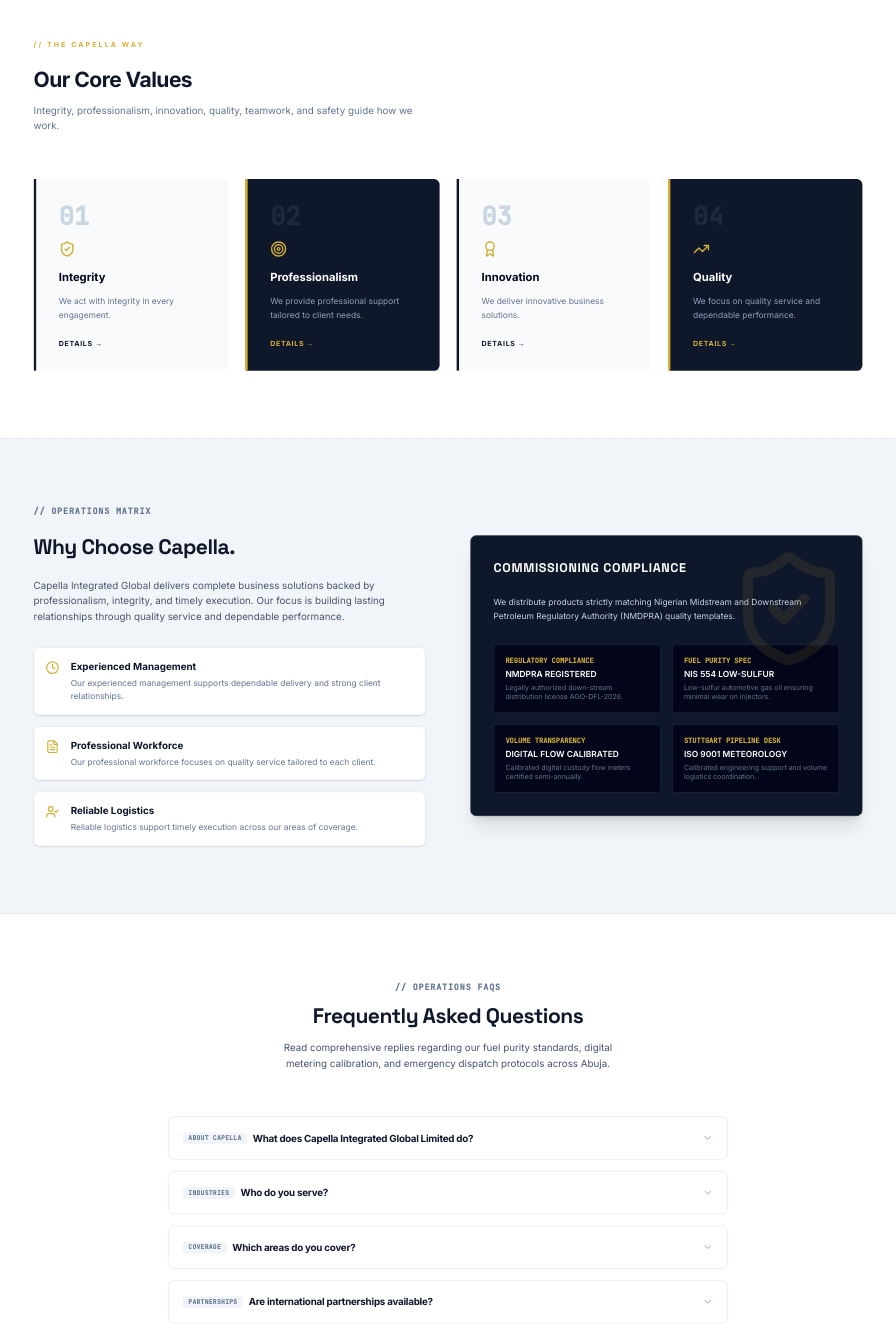
Repository: Jessic-asomugha/primo
Page: /, after clicking the first element matching `#nav-about`
These files come from the project's save history. The page is drawn as it stood at one moment and after the next save; the edit follows.
The browser window is 1280 px wide. The pictures show the part of the page from y = 554 to 2474 px (the page is 3248 px tall), at 70% of full size.
The project was rebuilt for these pictures with package versions that can differ from the ones it lists, and the page was loaded fresh each time. Also part of the build but not shown: vite.config.ts, src/components/ServicesView.tsx, src/components/ContactView.tsx, src/components/EnquiryView.tsx.

Above is the page before, as saved 2026-07-31 12:00:04.

### index.html
<!doctype html>
<html lang="en">
  <head>
    <meta charset="UTF-8" />
    <meta name="viewport" content="width=device-width, initial-scale=1.0" />
    <meta name="description" content="Capella Integrated Global Limited provides integrated business solutions in Nigeria." />
    <title>Capella Integrated Global Limited | Integrated Solutions. Trusted Results.</title>
  </head>
  <body>
    <div id="root"></div>
    <script type="module" src="/src/main.tsx"></script>
  </body>
</html>

### src/main.tsx
import {StrictMode} from 'react';
import {createRoot} from 'react-dom/client';
import App from './App.tsx';
import './index.css';

createRoot(document.getElementById('root')!).render(
  <StrictMode>
    <App />
  </StrictMode>,
);

### src/index.css
@import url('https://fonts.googleapis.com/css2?family=Inter:wght@400;500;600;700&family=Space+Grotesk:wght@500;600;700&family=JetBrains+Mono:wght@400;500&display=swap');
@import "tailwindcss";

@theme {
  --font-sans: "Inter", ui-sans-serif, system-ui, sans-serif;
  --font-display: "Space Grotesk", sans-serif;
  --font-mono: "JetBrains Mono", ui-monospace, SFMono-Regular, monospace;

  /* Custom Corporate Industrial Theme - Professional Polish Theme */
  --color-brand-900: #0f172a; /* slate-900 */
  --color-brand-850: #1e293b; /* slate-800 */
  --color-brand-800: #1e293b;
  --color-brand-700: #334155; /* slate-700 */
  --color-brand-600: #475569; /* slate-600 */
  --color-brand-100: #f1f5f9; /* slate-100 */
  --color-brand-50: #f8fafc;  /* slate-50 */
  --color-brand-orange: #D4AF37;
  --color-brand-orange-hover: #B8962E;
}

/* Custom CSS Scrollbar and styling */
html {
  scroll-behavior: smooth;
  font-family: var(--font-sans);
}

body {
  background-color: #fafafa;
  color: #1e293b;
  overflow-x: hidden;
}

/* Custom fade-in and utility styles */
.text-display {
  font-family: var(--font-display);
}

.text-mono {
  font-family: var(--font-mono);
}

.industrial-pattern {
  background-image: repeating-linear-gradient(45deg, rgba(51, 65, 85, 0.15) 0, rgba(51, 65, 85, 0.15) 1px, transparent 0, transparent 50%);
  background-size: 40px 40px;
}

.industrial-pattern-dark {
  background-image: repeating-linear-gradient(45deg, rgba(51, 65, 85, 0.4) 0, rgba(51, 65, 85, 0.4) 1px, transparent 0, transparent 50%);
  background-size: 40px 40px;
}

### src/types.ts
/**
 * @license
 * SPDX-License-Identifier: Apache-2.0
 */

export enum ActiveView {
  HOME = 'home',
  ABOUT = 'about',
  SERVICES = 'services',
  CONTACT = 'contact',
  ENQUIRY = 'enquiry',
  ADMIN_INBOX = 'admin_inbox'
}

export interface ContactSubmission {
  id: string;
  name: string;
  email: string;
  company: string;
  phone: string;
  serviceInterest: string;
  message: string;
  createdAt: string;
  status: 'unread' | 'contacted' | 'resolved';
}

export interface Service {
  id: string;
  title: string;
  slug: string;
  category: string;
  shortDescription: string;
  fullDescription: string;
  specifications: string[];
  features: string[];
  iconName: string;
}

export interface Testimonial {
  id: string;
  quote: string;
  author: string;
  role: string;
  company: string;
  rating: number;
}

export interface FAQItem {
  id: string;
  question: string;
  answer: string;
  category: string;
}

export interface ValueItem {
  id: string;
  title: string;
  description: string;
  iconName: string;
}

export interface SectorItem {
  id: string;
  title: string;
  description: string;
  marketShare: string;
  iconName: string;
  fullDescription?: string;
  image?: string;
}

### src/components/AboutView.tsx
/**
 * @license
 * SPDX-License-Identifier: Apache-2.0
 */

import React, { useState } from 'react';
import { ActiveView } from '../types';
import { VALUES, FAQS } from '../data';
import {
  ShieldCheck,
  Target,
  Award,
  ChevronDown,
  ChevronUp,
  Clock,
  FileText,
  ArrowRight,
  UserCheck,
  TrendingUp,
  Activity,
  Droplet
} from 'lucide-react';

interface AboutViewProps {
  setView: (view: ActiveView) => void;
}

export default function AboutView({ setView }: AboutViewProps) {
  // State for toggling FAQ accordions
  const [openFaqId, setOpenFaqId] = useState<string | null>(null);

  const toggleFaq = (id: string) => {
    if (openFaqId === id) {
      setOpenFaqId(null);
    } else {
      setOpenFaqId(id);
    }
  };

  const renderValueIcon = (iconName: string) => {
    switch (iconName) {
      case 'ShieldCheck': return <ShieldCheck className="h-6 w-6 text-brand-orange" />;
      case 'Target': return <Target className="h-6 w-6 text-brand-orange" />;
      case 'Award': return <Award className="h-6 w-6 text-brand-orange" />;
      case 'TrendingUp': return <TrendingUp className="h-6 w-6 text-brand-orange" />;
      default: return <Droplet className="h-6 w-6 text-brand-orange" />;
    }
  };

  return (
    <div className="flex flex-col min-h-screen bg-slate-50">

      {/* 1. INTRO HEADER */}
      <section className="relative bg-slate-900 text-white py-20 border-b border-slate-800 overflow-hidden">
        {/* repeating diagonal grid pattern */}
        <div className="absolute inset-0 bg-[linear-gradient(to_right,#1e293b_1px,transparent_1px),linear-gradient(to_bottom,#1e293b_1px,transparent_1px)] bg-[size:24px_24px] opacity-20 z-0" />
        <div className="relative z-10 mx-auto max-w-7xl px-6 sm:px-8 lg:px-12">
          <div className="max-w-3xl flex flex-col justify-center">
            {/* Orange bar highlight */}
            <div className="w-12 h-1 bg-brand-orange mb-6"></div>

            <span className="text-[10px] font-bold uppercase tracking-[0.3em] text-brand-orange mb-2 block">
              Corporate Background
            </span>
            <h1 className="text-display text-4xl sm:text-5xl font-extrabold tracking-tight text-white leading-[1.1] mb-6">
              Integrated Solutions, <br />
              <span className="text-slate-400">Trusted Results.</span>
            </h1>
            <p className="text-slate-400 text-sm leading-relaxed max-w-2xl font-light">
              Capella Integrated Global Limited is a diversified Nigerian company providing integrated business solutions across oil and gas, procurement, logistics, engineering, construction support, and general contracting. We deliver innovative, efficient, and cost-effective solutions tailored to corporate organisations, government institutions, and private businesses.
            </p>
          </div>
        </div>
      </section>


      {/* 2. CORE VALUES */}
      <section className="py-24 bg-white">
        <div className="mx-auto max-w-7xl px-6 sm:px-8 lg:px-12">

          <div className="flex flex-col gap-4 mb-16 max-w-xl">
            <h2 className="text-[10px] font-bold uppercase tracking-[0.3em] text-brand-orange mb-2">// THE CAPELLA WAY</h2>
            <h3 className="text-3xl font-extrabold text-slate-900 tracking-tight">
              Our Core Values
            </h3>
            <p className="text-slate-500 text-sm leading-relaxed font-light">
              Integrity, professionalism, innovation, quality, teamwork, and safety guide how we work.
            </p>
          </div>

          <div className="grid grid-cols-1 md:grid-cols-4 gap-6">
            {VALUES.map((val, index) => {
              const borderCol = index % 2 === 0 ? 'border-slate-900' : 'border-brand-orange';
              const bgCol = index % 2 === 0 ? 'bg-slate-50' : 'bg-slate-900 text-white';
              const numColor = index % 2 === 0 ? 'text-slate-300' : 'text-slate-800';
              const descColor = index % 2 === 0 ? 'text-slate-500' : 'text-slate-400';
              const titleColor = index % 2 === 0 ? 'text-slate-950' : 'text-white';

              return (
                <div key={val.id} className={`group ${bgCol} p-8 border-l-4 ${borderCol} flex flex-col justify-between hover:shadow-lg transition-all duration-300 rounded-r-lg`}>
                  <div>
                    <div className={`${numColor} font-bold text-4xl mb-4 font-mono`}>0{index + 1}</div>
                    <div className="mb-4">{renderValueIcon(val.iconName)}</div>
                    <h4 className={`text-base font-bold mb-3 ${titleColor}`}>{val.title}</h4>
                    <p className={`${descColor} text-xs leading-relaxed mb-6 font-light`}>{val.description}</p>
                  </div>
                  <div className={`flex items-center ${index % 2 === 0 ? 'text-slate-900' : 'text-brand-orange'} font-bold text-[10px] uppercase tracking-widest cursor-pointer hover:translate-x-1 transition-transform`}>
                    Details &rarr;
                  </div>
                </div>
              );
            })}
          </div>

        </div>
      </section>


      {/* 3. WHY CHOOSE US - CORPORATE HIGHLIGHTS */}
      <section className="py-24 bg-slate-100 border-y border-slate-200">
        <div className="mx-auto max-w-7xl px-6 sm:px-8 lg:px-12">

          <div className="grid grid-cols-1 lg:grid-cols-2 gap-12 lg:gap-16 items-center">

            <div className="flex flex-col gap-6">
              <span className="text-xs font-mono uppercase tracking-widest text-slate-500 font-bold">// OPERATIONS MATRIX</span>
              <h2 className="text-display text-3xl font-bold tracking-tight text-slate-900 leading-tight">
                Why Choose Capella.
              </h2>
              <p className="text-slate-600 text-sm leading-relaxed">
                Capella Integrated Global delivers complete business solutions backed by professionalism, integrity, and timely execution. Our focus is building lasting relationships through quality service and dependable performance.
              </p>

              <div className="space-y-4 mt-2">
                {[
                  {
                    icon: <Clock className="h-5 w-5 text-brand-orange shrink-0 mt-0.5" />,
                    title: 'Experienced Management',
                    desc: 'Our experienced management supports dependable delivery and strong client relationships.'
                  },
                  {
                    icon: <FileText className="h-5 w-5 text-brand-orange shrink-0 mt-0.5" />,
                    title: 'Professional Workforce',
                    desc: 'Our professional workforce focuses on quality service tailored to each client.'
                  },
                  {
                    icon: <UserCheck className="h-5 w-5 text-brand-orange shrink-0 mt-0.5" />,
                    title: 'Reliable Logistics',
                    desc: 'Reliable logistics support timely execution across our areas of coverage.'
                  }
                ].map((highlight, index) => (
                  <div key={index} className="flex gap-4 p-4 rounded-lg bg-white border border-slate-200/60 shadow-sm">
                    {highlight.icon}
                    <div>
                      <h4 className="text-sm font-bold text-slate-900">{highlight.title}</h4>
                      <p className="text-xs text-slate-500 mt-1 leading-relaxed">{highlight.desc}</p>
                    </div>
                  </div>
                ))}
              </div>
            </div>

            <div className="flex flex-col gap-6 bg-slate-900 text-white p-8 rounded-lg border border-slate-800 shadow-xl relative overflow-hidden">
              <div className="absolute top-0 right-0 p-4 opacity-10">
                <ShieldCheck className="h-44 w-44 text-brand-orange" />
              </div>

              <h3 className="text-display text-lg font-bold tracking-tight text-white uppercase tracking-wider">
                COMMISSIONING COMPLIANCE
              </h3>
              <p className="text-slate-300 text-xs leading-relaxed">
                We distribute products strictly matching Nigerian Midstream and Downstream Petroleum Regulatory Authority (NMDPRA) quality templates.
              </p>

              <div className="grid grid-cols-2 gap-4 mt-2 text-xs">
                <div className="p-4 rounded bg-slate-950 border border-slate-800">
                  <span className="text-[10px] text-brand-orange font-mono font-bold block mb-1">REGULATORY COMPLIANCE</span>
                  <span className="font-semibold text-white block">NMDPRA REGISTERED</span>
                  <p className="text-[10px] text-slate-500 mt-1">Legally authorized down-stream distribution license AGO-DFL-2026.</p>
                </div>
                <div className="p-4 rounded bg-slate-950 border border-slate-800">
                  <span className="text-[10px] text-brand-orange font-mono font-bold block mb-1">FUEL PURITY SPEC</span>
                  <span className="font-semibold text-white block">NIS 554 LOW-SULFUR</span>
                  <p className="text-[10px] text-slate-500 mt-1">Low-sulfur automotive gas oil ensuring minimal wear on injectors.</p>
                </div>
                <div className="p-4 rounded bg-slate-950 border border-slate-800">
                  <span className="text-[10px] text-brand-orange font-mono font-bold block mb-1">VOLUME TRANSPARENCY</span>
                  <span className="font-semibold text-white block">DIGITAL FLOW CALIBRATED</span>
                  <p className="text-[10px] text-slate-500 mt-1">Calibrated digital custody flow meters certified semi-annually.</p>
                </div>
                <div className="p-4 rounded bg-slate-950 border border-slate-800">
                  <span className="text-[10px] text-brand-orange font-mono font-bold block mb-1">STUTTGART PIPELINE DESK</span>
                  <span className="font-semibold text-white block">ISO 9001 METEOROLOGY</span>
                  <p className="text-[10px] text-slate-500 mt-1">Calibrated engineering support and volume logistics coordination.</p>
                </div>
              </div>
            </div>

          </div>
        </div>
      </section>


      {/* 4. FAQ ACCORDIONS (Interactive Accordions) */}
      <section className="py-24 bg-white">
        <div className="mx-auto max-w-4xl px-6 sm:px-8 lg:px-12">

          <div className="text-center flex flex-col gap-4 mb-16">
            <span className="text-xs font-mono uppercase tracking-widest text-slate-500 font-bold">// OPERATIONS FAQS</span>
            <h2 className="text-display text-3xl font-extrabold tracking-tight text-slate-900">
              Frequently Asked Questions
            </h2>
            <p className="text-slate-600 text-sm leading-relaxed max-w-lg mx-auto">
              Read comprehensive replies regarding our fuel purity standards, digital metering calibration, and emergency dispatch protocols across Abuja.
            </p>
          </div>

          <div className="flex flex-col gap-4">
            {FAQS.map((faq) => {
              const isOpen = openFaqId === faq.id;
              return (
                <div
                  key={faq.id}
                  className={`border rounded-lg transition-all ${
                    isOpen
                      ? 'border-brand-orange bg-slate-50/50'
                      : 'border-slate-200 hover:border-slate-300 bg-white'
                  }`}
                >
                  <button
                    onClick={() => toggleFaq(faq.id)}
                    className="w-full flex items-center justify-between p-5 text-left focus:outline-none focus:ring-1 focus:ring-brand-orange rounded-lg"
                    aria-expanded={isOpen}
                    id={`btn-faq-toggle-${faq.id}`}
                  >
                    <div className="flex flex-col sm:flex-row sm:items-center gap-2">
                      <span className="text-[9px] uppercase tracking-wider bg-slate-100 text-slate-500 font-mono font-bold px-2 py-0.5 rounded w-max">
                        {faq.category}
                      </span>
                      <span className="text-sm font-bold text-slate-900 tracking-tight">
                        {faq.question}
                      </span>
                    </div>
                    {isOpen ? (
                      <ChevronUp className="h-4 w-4 text-brand-orange shrink-0 ml-4" />
                    ) : (
                      <ChevronDown className="h-4 w-4 text-slate-400 shrink-0 ml-4" />
                    )}
                  </button>

                  {isOpen && (
                    <div className="px-5 pb-5 pt-1 text-xs text-slate-600 leading-relaxed border-t border-slate-100 mt-1">
                      {faq.answer}
                    </div>
                  )}
                </div>
              );
            })}
          </div>

        </div>
      </section>


      {/* 5. CTA */}
      <section className="bg-slate-900 text-white py-16 border-t border-slate-800">
        <div className="mx-auto max-w-4xl px-6 sm:px-8 lg:px-12 text-center flex flex-col items-center gap-5">
          <h2 className="text-display text-2xl sm:text-3xl font-bold tracking-tight">
            Consult with our Fuel Logistics Desk.
          </h2>
          <p className="text-slate-300 max-w-xl text-xs leading-relaxed">
            Need to negotiate fixed monthly bulk fuel contracts, set up automatic tank level monitors, or arrange emergency stand-by dispatches? Speak directly with our sales director.
          </p>
          <button
            onClick={() => setView(ActiveView.CONTACT)}
            className="group flex items-center gap-2 rounded bg-brand-orange hover:bg-brand-orange-hover px-6 py-3 text-sm font-semibold text-slate-950 transition-all hover:shadow-lg mt-2 font-bold cursor-pointer"
            id="about-btn-cta"
          >
            Request a Fuel Quote
            <ArrowRight className="h-4 w-4 transition-transform group-hover:translate-x-1 text-slate-950" />
          </button>
        </div>
      </section>

    </div>
  );
}

Loaded but not shown: src/components/HomeView.tsx (584 lines, source omitted); src/components/Footer.tsx (168 lines, source omitted); src/data.ts (81 lines, source omitted); src/components/Header.tsx (139 lines, source omitted); src/App.tsx (64 lines, source omitted)

After the next save:
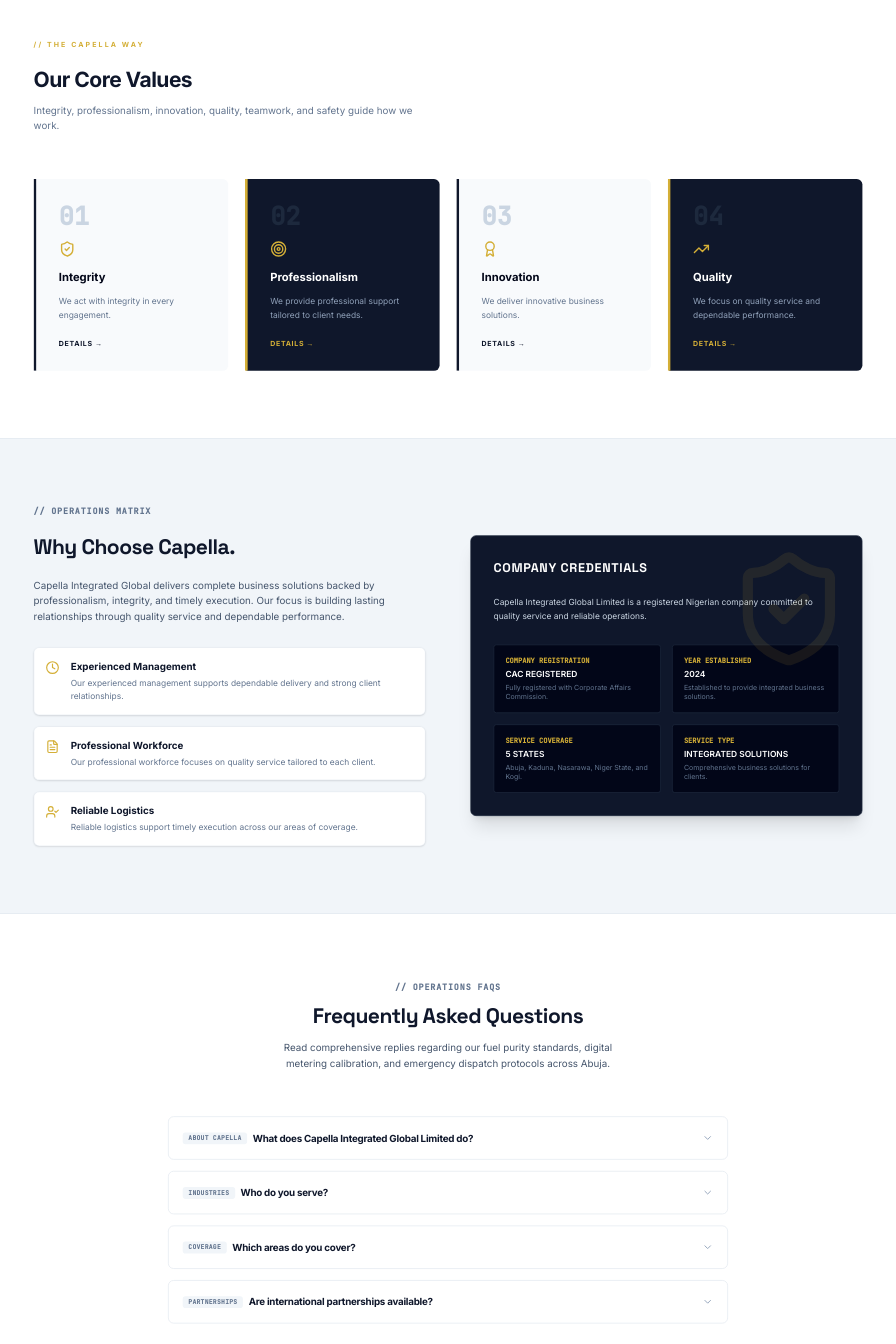
Saved 45 min 43 s later.
--- a/src/components/AboutView.tsx
+++ b/src/components/AboutView.tsx
@@ -166,32 +166,32 @@
               </div>
 
               <h3 className="text-display text-lg font-bold tracking-tight text-white uppercase tracking-wider">
-                COMMISSIONING COMPLIANCE
+                COMPANY CREDENTIALS
               </h3>
               <p className="text-slate-300 text-xs leading-relaxed">
-                We distribute products strictly matching Nigerian Midstream and Downstream Petroleum Regulatory Authority (NMDPRA) quality templates.
+                Capella Integrated Global Limited is a registered Nigerian company committed to quality service and reliable operations.
               </p>
 
               <div className="grid grid-cols-2 gap-4 mt-2 text-xs">
                 <div className="p-4 rounded bg-slate-950 border border-slate-800">
-                  <span className="text-[10px] text-brand-orange font-mono font-bold block mb-1">REGULATORY COMPLIANCE</span>
-                  <span className="font-semibold text-white block">NMDPRA REGISTERED</span>
-                  <p className="text-[10px] text-slate-500 mt-1">Legally authorized down-stream distribution license AGO-DFL-2026.</p>
-                </div>
-                <div className="p-4 rounded bg-slate-950 border border-slate-800">
-                  <span className="text-[10px] text-brand-orange font-mono font-bold block mb-1">FUEL PURITY SPEC</span>
-                  <span className="font-semibold text-white block">NIS 554 LOW-SULFUR</span>
-                  <p className="text-[10px] text-slate-500 mt-1">Low-sulfur automotive gas oil ensuring minimal wear on injectors.</p>
-                </div>
-                <div className="p-4 rounded bg-slate-950 border border-slate-800">
-                  <span className="text-[10px] text-brand-orange font-mono font-bold block mb-1">VOLUME TRANSPARENCY</span>
-                  <span className="font-semibold text-white block">DIGITAL FLOW CALIBRATED</span>
-                  <p className="text-[10px] text-slate-500 mt-1">Calibrated digital custody flow meters certified semi-annually.</p>
-                </div>
-                <div className="p-4 rounded bg-slate-950 border border-slate-800">
-                  <span className="text-[10px] text-brand-orange font-mono font-bold block mb-1">STUTTGART PIPELINE DESK</span>
-                  <span className="font-semibold text-white block">ISO 9001 METEOROLOGY</span>
-                  <p className="text-[10px] text-slate-500 mt-1">Calibrated engineering support and volume logistics coordination.</p>
+                  <span className="text-[10px] text-brand-orange font-mono font-bold block mb-1">COMPANY REGISTRATION</span>
+                  <span className="font-semibold text-white block">CAC REGISTERED</span>
+                  <p className="text-[10px] text-slate-500 mt-1">Fully registered with Corporate Affairs Commission.</p>
+                </div>
+                <div className="p-4 rounded bg-slate-950 border border-slate-800">
+                  <span className="text-[10px] text-brand-orange font-mono font-bold block mb-1">YEAR ESTABLISHED</span>
+                  <span className="font-semibold text-white block">2024</span>
+                  <p className="text-[10px] text-slate-500 mt-1">Established to provide integrated business solutions.</p>
+                </div>
+                <div className="p-4 rounded bg-slate-950 border border-slate-800">
+                  <span className="text-[10px] text-brand-orange font-mono font-bold block mb-1">SERVICE COVERAGE</span>
+                  <span className="font-semibold text-white block">5 STATES</span>
+                  <p className="text-[10px] text-slate-500 mt-1">Abuja, Kaduna, Nasarawa, Niger State, and Kogi.</p>
+                </div>
+                <div className="p-4 rounded bg-slate-950 border border-slate-800">
+                  <span className="text-[10px] text-brand-orange font-mono font-bold block mb-1">SERVICE TYPE</span>
+                  <span className="font-semibold text-white block">INTEGRATED SOLUTIONS</span>
+                  <p className="text-[10px] text-slate-500 mt-1">Comprehensive business solutions for clients.</p>
                 </div>
               </div>
             </div>
